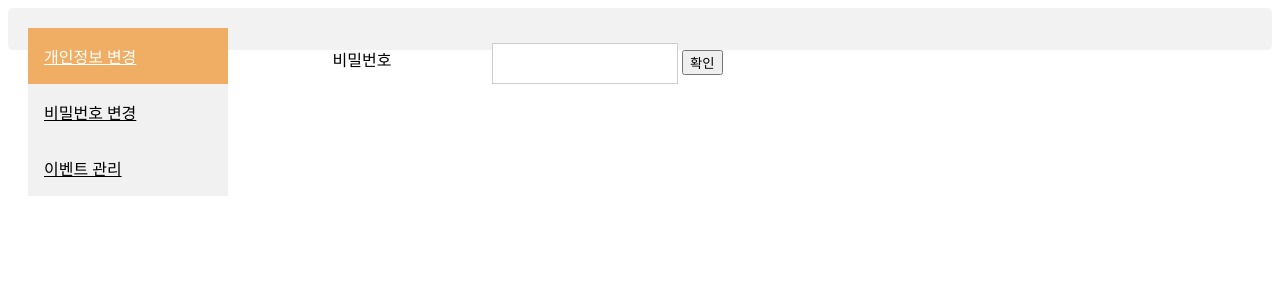
Repository: kdw0937/UdongProject
Page: http://localhost/matjib2/jsp/pass.jsp
The author's editor kept a copy of each file at every save. The page is drawn from the files as they stood at one save, then again after the next save.
The browser window is 1280 px wide. The pictures show the whole page.
The page is served by Tomcat 9. Other server files are loaded and not shown.

Above is the page before, as saved 2021-01-21 16:14:55.

### matjib2/src/main/webapp/jsp/pass.jsp
<%@ page language="java" contentType="text/html; charset=UTF-8"
    pageEncoding="UTF-8"%>
    <%@ taglib uri="http://www.springframework.org/tags/form" prefix="form"%>
<!DOCTYPE html>
<html>
<head>
<meta name="viewport" content="width=device-width, initial-scale=1">
<link rel="stylesheet" type="text/css"
	href="${pageContext.request.contextPath}/css/mypage_pw.css">
<!-- <script src="https://code.jquery.com/jquery-3.4.1.min.js"></script> -->

<meta charset="EUC-KR">
<title>Store_Management</title>
<script type="text/javascript" src="resources/js/jquery-3.5.1.min.js"
	charset="utf-8"></script>
</head>
<body>

	<div class="store_container">
		<form action="../jsp/pword.html" method="post">
			<div class="sidebar">
				<a class="active" href="../jsp/mypage.html">개인정보 변경</a> <a
					href="../jsp/password.html">비밀번호 변경</a>
				<a href="#">이벤트 관리</a>
			</div>
			<div class="content">
		<div class="row">
			<div class="col-25">
				<label >비밀번호</label>
			</div>
			<div class="col-75">
				<input type = "hidden" name = "user_id" value = "${loginUser }"/>
				<input name = "password" id = "pwd" type = "password">
				<button type = "submit">확인</button>
			</div>
			</div>
		</div>
		</form>
	</div>

</body>
</html>

### matjib2/src/main/webapp/css/mypage_pw.css
@charset "EUC-KR";


* {
  box-sizing: border-box;
}

/* <!-- 파일 업로드 --> */

	 .input_wrap input[type=file] {
            display: none;
        }

        .my_button {
            display: inline-block;
            width: 200px;
            text-align: center;
            padding: 10px;
            background-color: #006BCC;
            color: #fff;
            text-decoration: none;
            border-radius: 5px;
        }
        .imgs_wrap {

            margin-top: 30px;
            margin-bottom: 30px;
            padding-top: 10px;
            padding-bottom: 10px;

        }

        .imgs_wrap img {
        	width:150px;
        	height:150px;
            max-width: 150px;
            margin-left: 10px;
            margin-right: 10px;
        }

        .imgs_wrap2{
        	margin-top: 30px;
            margin-bottom: 30px;
            padding-top: 10px;
            padding-bottom: 10px;
        }

        .imgs_wrap2 img{
 	        width:150px;
        	height:150px;
            max-width: 150px;
            margin-left: 10px;
            margin-right: 10px;
        }


input[type=text], select, textarea {
  width: 50%;
  padding: 12px 20px;
  margin: 8px 0;
  display: inline-block;
  border: 1px solid #ccc;
  box-sizing: border-box;
}

input[type=button], select, textarea {
	padding:0 32px;
	line-height: 40px;
	border:1px solid #f0ad64;
	border-radius: 2px;
	color:#f0ad64;
	letter-spacing:0.1em;
	font-weight:bold;
	text-transform:uppercase;
	display:inline-block;
	text-decoration:none;
	font-style:normal;
	background:none;
	transition:0.4s;
}
input[type=password], select, textarea {
  width: 25%;
  padding: 12px 20px;
  margin: 8px 0;
  display: inline-block;
  border: 1px solid #ccc;
  box-sizing: border-box;
}
.sidebar {
  margin: 0;
  padding: 0;
  width: 200px;
  background-color: #f1f1f1;
  height: 100%;
  overflow: auto;
  float:left;
}

.sidebar a {
  display: block;
  color: black;
  padding: 16px;
  /* text-decoration: none; */
}

.sidebar a {
   /* float: left; */
}

.sidebar a.active {
  background-color: #f0ad64;
  color: white;
}

.sidebar a:hover:not(.active) {
  background-color: #555;
  color: white;
}

div.content {
  margin-left: 200px;
  padding: 1px 16px;
  /* height: 1000px; */
}
div.secession_content{
	margin-left :200px;
	padding: 1px 16px;
	height:100px;
}

@media screen and (max-width: 700px) {
  .sidebar {
    width: 100%;
    height: auto;
    position: relative;
  }
  .sidebar a {float: left;}
  div.content {margin-left: 0;}
  div.secession_content{margin-left: 0;}
}

@media screen and (max-width: 400px) {
  .sidebar a {
    text-align: center;
    float: none;
  }
}
label {
  padding: 12px 12px 12px 0;
  display: inline-block;
}

.store_bottom{
   text-align:center;
}

.store_bottom input[type=submit] {
  color: white;

  margin: 8px 0;
  border:1px solid #f0ad64;
  color:#f0ad64;
  font-weight:bold;
  cursor: pointer;
  width: 40%;
}

.store_bottom input[type=submit]:hover {
  opacity: 0.8;
  background:#f0ad64;
  color:#fff;
}

.store_container {
  border-radius: 5px;
  background-color: #f2f2f2;
  padding: 20px;
}

.col-25 {
  float: left;
  width: 25%;
  margin-top: 6px;
  text-align:center;
}

.col-75 {
  float: left;
  width: 75%;
  margin-top: 6px;
}

/* Clear floats after the columns */
.row:after {
  content: "";
  display: table;
  /* clear: both; */
}

/* Responsive layout - when the screen is less than 600px wide, make the two columns stack on top of each other instead of next to each other */
@media screen and (max-width: 600px) {
  .col-25, .col-75, input[type=submit] {
    width: 100%;
    margin-top: 0;
  }
}

Loaded but not shown: matjib2/src/main/webapp/js/jquery-3.5.1.min.js (library)

After the next save:
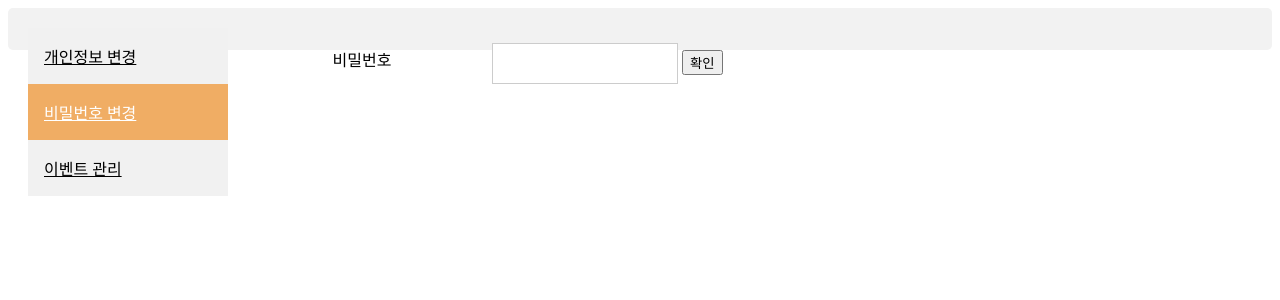
Saved 31 s later.
--- a/matjib2/src/main/webapp/jsp/pass.jsp
+++ b/matjib2/src/main/webapp/jsp/pass.jsp
@@ -19,8 +19,8 @@
 	<div class="store_container">
 		<form action="../jsp/pword.html" method="post">
 			<div class="sidebar">
-				<a class="active" href="../jsp/mypage.html">개인정보 변경</a> <a
-					href="../jsp/password.html">비밀번호 변경</a>
+				<a  href="../jsp/mypage.html">개인정보 변경</a>
+				<a class="active" href="../jsp/password.html">비밀번호 변경</a>
 				<a href="#">이벤트 관리</a>
 			</div>
 			<div class="content">
